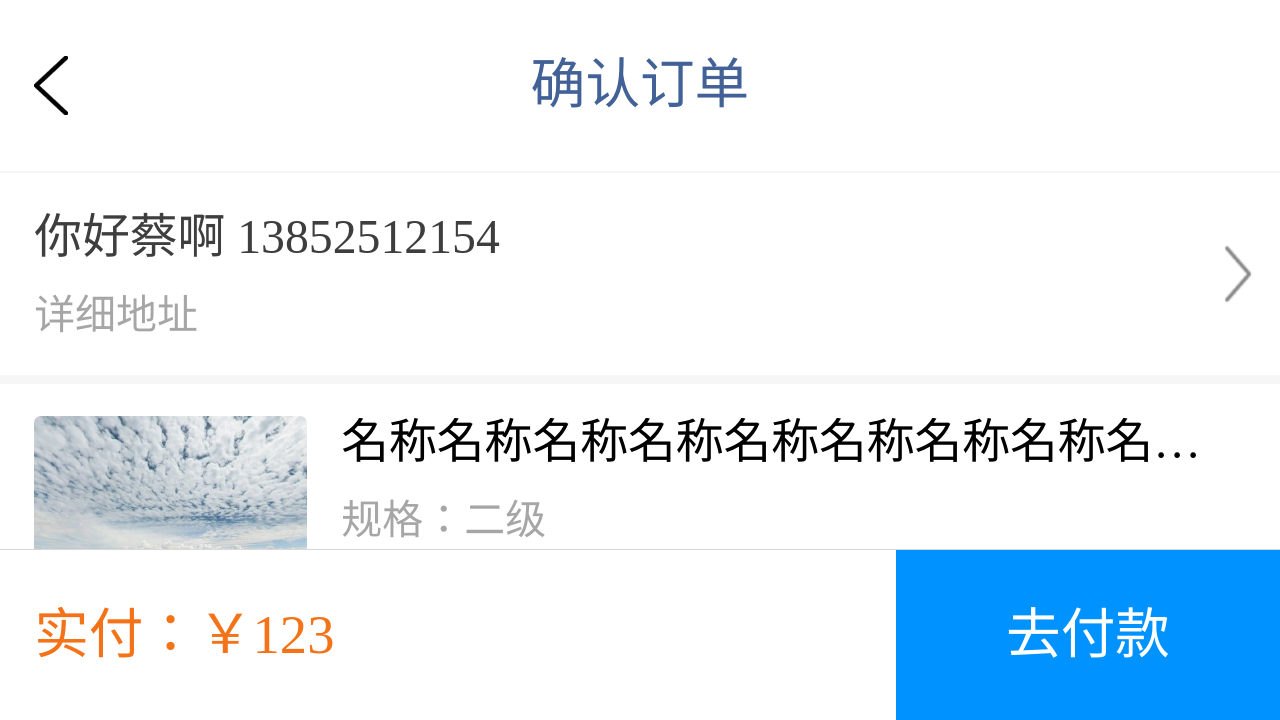
Repository: 421538074/sell
Page: consumer/confirm-order.html
An editor plug-in stored every save of this project. The page is shown before and after the next save, followed by the edit.
The browser window is 1280 px wide. The pictures show the whole page.
An inner scrolling area shows only its first screen.

Above is the page before, as saved 2019-06-04 16:36:23.

After the next save:
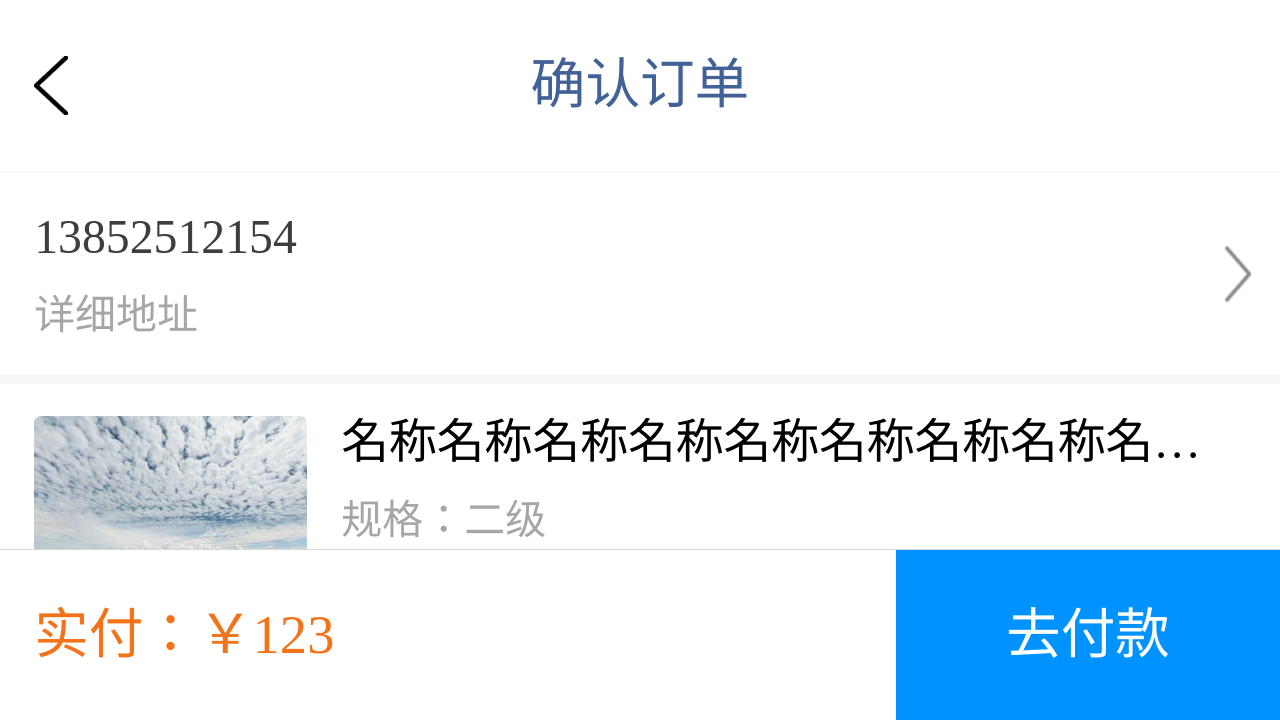
Saved 30 s later.
--- a/consumer/confirm-order.html
+++ b/consumer/confirm-order.html
@@ -19,7 +19,7 @@
         </nav>
         <div @click="linkTo('address-list.html')" v-if="!noAddress" class="order-user-info">
             <p class="user-contact">
-                你好蔡啊 13852512154
+                {{currentAddress}} 13852512154
             </p>
             <p class="address-detail">
                 详细地址
